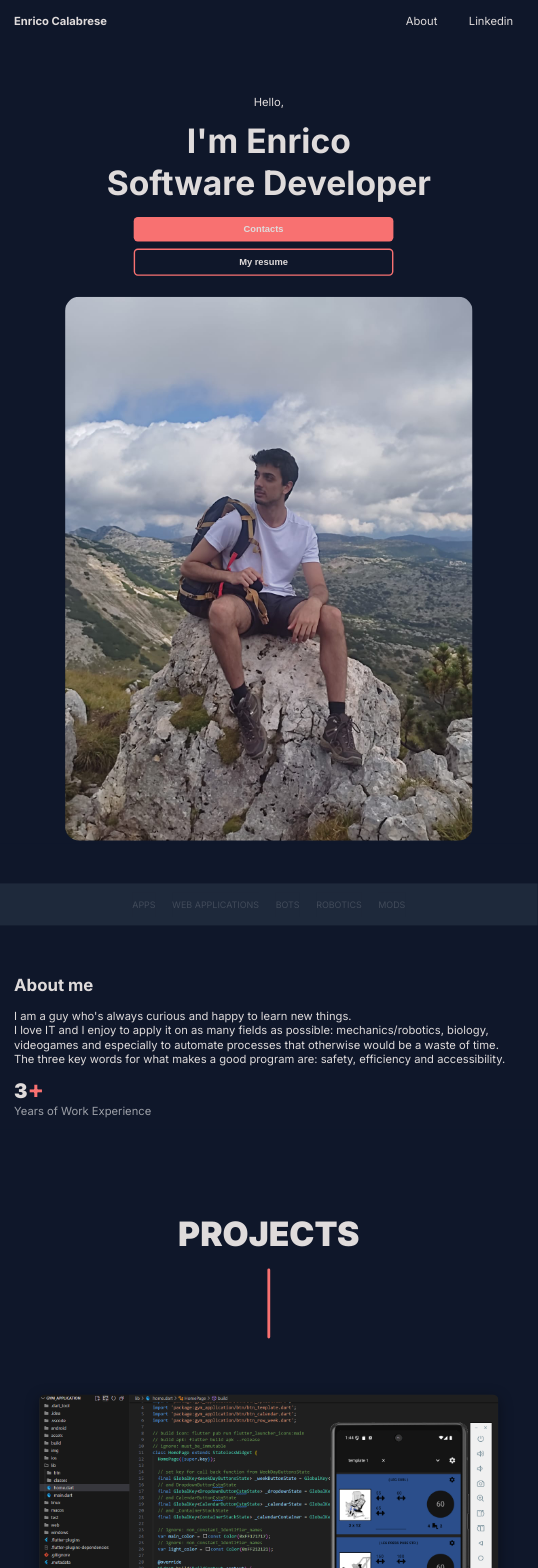
Repository: EnricoCalabrese/EnricoCalabrese.github.io
Page: index.html
The author's editor kept a copy of each file at every save. The page is drawn from the files as they stood at one save, then again after the next save.
The browser window is 768 px wide. The pictures show the part of the page from y = 0 to 2240 px (the page is 6119 px tall before and 6134 px after), at 70% of full size.

Above is the page before, as saved 2025-07-26 09:23:30.

### index.html
<!DOCTYPE html>
<html lang="en">
<!DOCTYPE html>
<html lang="en">
<head>
  <meta charset="UTF-8" />
  <meta name="viewport" content="width=device-width, initial-scale=1.0" />
  <title>EC - Developer portfolio</title>
  <link href="https://fonts.googleapis.com/css2?family=Inter:wght@400;700;900&display=swap" rel="stylesheet">
  <style>
    * {
      box-sizing: border-box;
    }

    :root {
      --color-bg: #0f172a;
      --color-bg-alt: #1e293b;
      --color-primary: #f87171;
      --color-white: #dfdbdb;
      --color-white-transparent: rgba(255, 255, 255, 0.158);
      --color-white-semi: rgba(255, 255, 255, 0.589);

      --font-family: 'Inter', sans-serif;

      --space-xs: 10px;
      --space-sm: 15px;
      --space-md: 20px;
      --space-lg: 60px;
      --space-xl: 80px;

      --font-lg: 1.8rem;
      --font-xl: 3rem;
      --font-xxl: 35px;

      --radius-sm: 6px;
      --radius-md: 8px;
      --radius-lg: 20px;
    }

    body {
      margin: 0;
      font-family: var(--font-family);
      background-color: var(--color-bg);
      color: var(--color-white);
      word-wrap: break-word;
    }

    header, section {
      padding: var(--space-lg) var(--space-md);
      max-width: 1200px;
      margin: auto;
    }

    nav {
      display: flex;
      justify-content: space-between;
      align-items: center;
      padding: var(--space-md);
    }

    nav a {
      color: var(--color-white);
      margin: 0 var(--space-sm);
      text-decoration: none;
    }

    .header {
      display: flex;
      flex-wrap: wrap;
      align-items: center;
      justify-content: space-between;
    }

    .header-text {
      max-width: 500px;
    }

    .header-text h1 {
      font-size: var(--font-xl);
      margin: 0;
    }

    .buttons {
      margin-top: var(--space-md);
    }

    .buttons button {
      margin-right: var(--space-sm);
      padding: var(--space-xs) var(--space-md);
      border: none;
      border-radius: var(--radius-sm);
      cursor: pointer;
      font-weight: bold;
    }

    .btn-primary {
      background-color: var(--color-primary);
      color: var(--color-white);
    }

    .btn-primary:hover {
      color: var(--color-bg);
    }

    .btn-secondary {
      background-color: transparent;
      border: 2px solid var(--color-primary) !important;
      color: var(--color-white);
    }

    .btn-secondary:hover {
      color: var(--color-primary);
    }

    .page {
      display: none;
      position: fixed;
      z-index: 1000;
      left: 0;
      top: 0;
      width: 100%;
      height: 100%;
      overflow: auto;
      background-color: rgba(15, 23, 42, 0.9);
      font-family: var(--font-family);
    }

    .page-content {
      background-color: var(--color-bg-alt);
      margin: 10% auto;
      padding: var(--space-md);
      border-radius: var(--radius-lg);
      max-width: 400px;
      color: var(--color-white);
      box-shadow: 0 5px 20px rgba(0,0,0,0.6);
      text-align: center;
      position: relative;
    }

    .close-btn {
      color: var(--color-white);
      position: absolute;
      right: 15px;
      top: 10px;
      font-size: 28px;
      font-weight: bold;
      cursor: pointer;
    }

    .close-btn:hover {
      color: var(--color-primary);
    }

    .email-wrapper {
      margin-top: var(--space-md);
      display: flex;
      justify-content: center;
      gap: var(--space-xs);
    }

    .email-wrapper input {
      flex: 1;
      padding: var(--space-xs);
      border-radius: var(--radius-sm);
      border: none;
      background-color: var(--color-bg);
      color: var(--color-white);
      font-weight: bold;
      font-size: 1rem;
    }

    .email-wrapper button {
      background-color: var(--color-primary);
      border: none;
      border-radius: var(--radius-sm);
      color: var(--color-bg);
      cursor: pointer;
      font-weight: bold;
      padding: var(--space-xs) var(--space-md);
      transition: background-color 0.3s ease;
    }

    .email-wrapper button:hover {
      background-color: #ef4444;
    }

    .profile-img {
      width: 300px;
      border-radius: var(--radius-lg);
    }

    .skills-wrapper {
      position: relative;
      padding: var(--space-lg) 0;
      background-color: var(--color-bg);
      margin-top: -3.5rem;
    }

    .skills-wrapper::before {
      content: "";
      position: absolute;
      top: 50%;
      width: 100%;
      height: 60px;
      background-color: var(--color-bg-alt);
      transform: translateY(-50%);
      z-index: 0;
    }

    .skills {
      position: relative;
      z-index: 1;
      text-align: center;
    }

    .skills a {
      text-decoration: none;
      color: var(--color-white-transparent);
      background-color: var(--color-bg-alt);
      padding: var(--space-xs) 5%;
      display: inline-block;
      margin: var(--space-xs);
      cursor: pointer;
      transition: color 0.3s ease;
    }

    .skills a:hover, .shortcuts a:hover {
      color: var(--color-primary);
    }

    .about {
      display: flex;
      flex-wrap: wrap;
      justify-content: space-between;
      align-items: center;
      padding: 0 var(--space-md);
      background-color: var(--color-bg);
      margin-top: -1%;
    }

    .about-text {
      flex: 0 0 50%;
      max-width: 600px;
    }

    .stat {
      flex: 0 0 50%;
    }

    .stat-number {
      font-size: var(--font-lg);
      font-weight: 900;
      color: var(--color-white);
      display: flex;
      align-items: baseline;
    }

    .stat-number .plus {
      color: var(--color-primary);
      font-size: var(--font-xxl);
      font-weight: 700;
      line-height: 1;
      margin-top: -2%;
    }

    .stat-text {
      color: var(--color-white-semi);
      margin-top: 2px;
    }

    .projects-section {
      padding: var(--space-xl) var(--space-md);
      text-align: center;
      position: relative;
    }

    .projects-title {
      font-size: var(--font-xl);
      color: var(--color-white);
      margin-bottom: var(--space-md);
      font-weight: 900;
    }

    .vertical-divider {
      width: 4px;
      height: 100px;
      background-color: var(--color-primary);
      margin: 0 auto var(--space-xl);
      border-radius: 2px;
    }

    .project-block {
      display: flex;
      align-items: center;
      justify-content: center;
      margin: var(--space-xl) auto;
      max-width: 900px;
      gap: var(--space-md);
      flex-wrap: wrap;
      flex-direction: row;
    }

    .project-img {
      width: 300px;
      border-radius: var(--radius-md);
      box-shadow: 0 5px 20px rgba(0,0,0,0.4);
    }

    .project-description {
      max-width: 400px;
      text-align: left;
    }

    .project-description h3 {
      font-size: var(--font-lg);
      color: var(--color-white);
      margin: 0 0 var(--space-xs);
    }

    .project-description p {
      color: var(--color-white-semi);
      line-height: 1.6;
    }

    .simple-text {
      line-height: 1.3;
    }

    footer {
      text-align: center;
      padding: var(--space-md);
      background-color: var(--color-bg-alt);
    }

    #image-container {
      display: block;
      position: fixed;
      z-index: 1500;
      left: 0;
      top: 0;
      width: 100%;
      height: 100%;
      background-color: rgba(15, 23, 42, 0.95);
      display: flex;
      justify-content: center;
      align-items: center;
      cursor: zoom-out;
    }

    #image-container .page-content {
      background: none;
      box-shadow: none;
      max-width: 90%;
      max-height: 90%;
      padding: 0;
      position: relative;
      display: flex;
      justify-content: center;
      align-items: center;
    }

    #image-container img {
      max-width: 100%;
      max-height: 100%;
      border-radius: var(--radius-lg);
      pointer-events: none;
    }

    #ref {
      display: block;
      position: relative;
      top: -80px;
      visibility: hidden;
      height: 0;
      width: 0;
      overflow: hidden;
    }

    /* mobile settings */
    @media (max-width: 768px) {
      nav {
        flex-wrap: wrap;
        gap: var(--space-sm);
        justify-content: space-between;
        font-size: ;
      }

      .shortcuts {
        display: flex;
        flex-wrap: wrap;
        gap: var(--space-sm);
        justify-content: flex-end;
      }

      .header {
        flex-direction: column;
        align-items: center;
        text-align: center;
      }

      .header-text {
        max-width: 100%;
      }

      .buttons {
        display: flex;
        flex-direction: column;
        align-items: center;
      }

      .buttons button {
        margin-bottom: var(--space-xs);
        width: 80%;
      }

      .profile-img {
        width: 80%;
        margin-top: var(--space-md);
      }

      .about {
        flex-direction: column;
        align-items: flex-start;
        gap: var(--space-md);
      }

      .about-text, .stat {
        flex: 1 1 100%;
        max-width: 100%;
      }

      .project-block {
        flex-direction: column !important;
        text-align: center;
      }

      .project-description {
        max-width: 100%;
      }

      .project-img {
        width: 90%;
      }

      .email-wrapper {
        flex-direction: column;
        gap: var(--space-xs);
      }

      .email-wrapper input,
      .email-wrapper button {
        width: 100%;
      }

      .skills {
        position: relative;
        z-index: 1;
        text-align: center;
        font-size: 80%;
      }

      .skills a {
        text-decoration: none;
        color: var(--color-white-transparent);
        background-color: var(--color-bg-alt);
        padding: var(--space-xs) 0;
        display: inline-block;
        cursor: pointer;
        transition: color 0.3s ease;
      }
    }
  </style>
</head>
<body>
  <nav>
    <div><strong>Enrico Calabrese</strong></div>
    <div class="shortcuts">
      <a href="#about" class="scroll-link">About</a>
      <a href="https://www.linkedin.com/in/enrico-calabrese-4961b4376/">Linkedin</a>
    </div>
  </nav>

  <header class="header">
    <div class="header-text">
      <p>Hello,</p>
      <h1>I'm Enrico<br><strong>Software Developer</strong></h1>
      <div class="buttons">
        <button class="btn-primary" id="contacts">Contacts</button>
        <button class="btn-secondary" id="myresume">My resume</button>
      </div>
    </div>
    <img src="source/profile.jpg" alt="photo" class="profile-img" onerror="this.style.display='none'">
  </header>

  <div id="contact-page" class="page">
    <div class="page-content">
      <span class="close-btn">&times;</span>
      <h2>Contact Me</h2>
      <p>Email:</p>
      <div class="email-wrapper">
        <input type="text" id="email" readonly value="enricocalabrese21@gmail.com" />
        <button id="copy-email">Copy</button>
      </div>
      <p id="copy-message" style="color: var(--color-primary); display: none;">Copied to clipboard!</p>
    </div>
  </div>

  <div class="skills-wrapper">
    <div class="skills">
      <a href="#app" class="scroll-link">APPS</a>
      <a href="#web" class="scroll-link">WEB APPLICATIONS</a>
      <a href="#bots" class="scroll-link">BOTS</a>
      <a href="#robots" class="scroll-link">ROBOTICS</a>
      <a href="#mods" class="scroll-link">MODS</a>
    </div>
  </div>
  <span id="ref"></span>

  <section id="about" class="about">
    <div class="about-text">
      <h2>About me</h2>
      <p class="simple-text">
        I am a guy who's always curious and happy to learn new things.<br>
        I love IT and I enjoy to apply it on as many fields as possible: mechanics/robotics, biology, videogames and especially to automate processes that otherwise would be a waste of time.<br>
        The three key words for what makes a good program are: safety, efficiency and accessibility.
      </p>
      <div class="stat">
        <div class="stat-number"><span class="plus">+</span></div>
        <p class="stat-text">Years of Work Experience</p>
      </div>
    </div>
  </section>

  <section class="projects-section">
    <h2 class="projects-title">PROJECTS</h2>
    <div class="vertical-divider"></div>

    <div class="project-block">
      <img src="source/project1.png" alt="Project 1" class="project-img" onerror="this.style.display='none'">
      <div class="project-description" id="app">
        <h3>APP MOBILE</h3>
        <p>In my daily life, I train regularly, and I've always had hard time with the apps available on the PlayStore.
          So, I decided to use my knowledge of Dart along with Flutter to develop my own Android app, allowing me to train more easily and comfortably.
            Dart is a programming language developed by Google for Android apps, and it's a valid alternative to C#, which can also be used in Android Studio
            and with which I've had the opportunity to work, for home-made projects, a few times.</p>
      </div>
    </div>
    <div class="vertical-divider"></div>

    <div class="project-block">
      <div class="project-description" id="web">
        <h3>WEB APPLICATIONS</h3>
        <p>The image on the side shows an example of an application I built using HTML, JavaScript, and CSS, all of which I learned on my own.
          It's a Chrome extension that I developed to make and receive API calls in order to compile a specific module directly from the browser on a website.
          It retrieves information from the current web page and uses it to populate the necessary fields for the module.</p>
      </div>
      <img src="source/project2.png" alt="Project 2" class="project-img" onerror="this.style.display='none'">
    </div>
    <div class="vertical-divider"></div>

    <div class="project-block">
      <img src="source/project3.png" alt="Project 3" class="project-img" onerror="this.style.display='none'">
      <div class="project-description" id="bots">
        <h3>PYTHON-BASED BOTS</h3>
        <p>Python is one of the best and most versatile programming languages available today, and it's excellent for creating bots.
          The image on the side shows a Discord bot I created. Discord is a free communication app used to chat and hang out with your favorite creators, communities, and friends.
            The bot I made to allows users, through simple commands in the chat, to play the game "Blood on the Clocktower" with others in a voice channel.
            This game is a more complex version of the famous game Werewolf (Italian: Lupus in Fabula).
            Using Python, I also created a Telegram bot in order to remotely manage a machine that I set up as a hosting server.
        </p>
      </div>
    </div>
    <div class="vertical-divider"></div>

    <div class="project-block">
      <div class="project-description" id="robots">
        <h3>ROBOTICS & AUTOMATION</h3>
        <p>Since high school, I've always had an interest in automation, and I find it super fun to animate robots and apply computer science to something that can moves.
          A few years ago, I took on the challenge of building a drone from scratch and programming it in C++. I developed calculation functions which, thanks to the input from various sensors,
          were able to determine the necessary speed for each individual motor to stabilize the drone through the appropriate output signals.
        </p>
      </div>
      <img src="source/project4.png" alt="Project 4" class="project-img" onerror="this.style.display='none'">
    </div>
    <div class="vertical-divider"></div>

    <div class="project-block">
      <img src="source/project5.png" alt="Project 5" class="project-img" onerror="this.style.display='none'">
      <div class="project-description" id="mods">
        <h3>VIDEOGAMES MODS</h3>
        <p>Programming a video game mod is a great way to develop both technical and creative skills. It allows you to improve your coding abilities, and understand the architecture of complex systems.
            Modding combines passion and practice, which is why I started programming, first with Java and later with .mcfunction, to create mods and datapacks for the game Minecraft.
        </p>
      </div>
    </div>
  </section>

  <div id="image-container" class="page">
    <div class="page-content">
      <img id="zoomed-img" src="" alt="zoomed" />
    </div>
  </div>

  <footer>
  </footer>

  <script>
    // manage image zoom
    const zoomed = document.getElementById('image-container');
    document.querySelectorAll('.project-img').forEach(img => {
      img.addEventListener('click', () => {
        document.getElementById('zoomed-img').src = img.src;
        zoomed.style.display = 'flex';
      });
    });

    zoomed.addEventListener('click', (e) => { // on click out of the page
      if (e.target === zoomed) {
        zoomed.style.display = 'none';
      }
    });

    window.onload = () => {
      zoomed.style.display = 'none';
    };

    // manage new window contacts
    const page = document.getElementById('contact-page');
    const emailInput = document.getElementById('email');
    const copyMessage = document.getElementById('copy-message');

    document.getElementById('contacts').addEventListener('click', () => {
      page.style.display = 'block';
      copyMessage.style.display = 'none';
    });

    page.querySelector('.close-btn').addEventListener('click', () => {
      page.style.display = 'none';
    });

    window.addEventListener('click', (e) => { // on click out of the page
      if (e.target === page) {
        page.style.display = 'none';
      }
    });

    document.getElementById('copy-email').addEventListener('click', () => {
      emailInput.select();
      emailInput.setSelectionRange(0, 99999);
      try {
        // use document.execCommand for broader browser support in iFrames
        const successful = document.execCommand('copy');
        if (successful) {
          copyMessage.style.display = 'block';
          setTimeout(() => copyMessage.style.display = 'none', 2000);
        }
      } catch (err) {
        console.error('Failed to copy email: ', err);
      }
    });

    // auto scroll the page to the top when open
    window.onbeforeunload = function () {
      window.scrollTo(0, 0);
    };

    // scroll page on center when click a link, normal href set the page on top
    document.querySelectorAll('.scroll-link').forEach(link => {
      link.addEventListener('click', function(e) {
        e.preventDefault();
        const targetId = this.getAttribute('href').substring(1);
        const targetElem = document.getElementById(targetId);
        if (targetElem) {
          const elemRect = targetElem.getBoundingClientRect();
          const maxElemTop = window.pageYOffset + elemRect.top;
          const middle = maxElemTop - (window.innerHeight / 2) + (elemRect.height / 2);

          window.scrollTo({
            top: middle,
            behavior: 'smooth'
          });
        }
      });
    });

    // setup experience years based on current year
    const statNum = document.querySelector('.stat-number');
    if (statNum) {
      const startDate = new Date('2021-09-27');
      const now = new Date();
      const diffYears = (now - startDate) / (1000 * 60 * 60 * 24 * 365.25);
      const roundedYears = Math.floor(diffYears);
      statNum.innerHTML = `${roundedYears}<span class="plus">+</span>`;
    }

    // link to resume when click "my resume" button
    document.getElementById('myresume').addEventListener('click', function () {
      const link = document.createElement('a');
      link.href = 'source/resume.pdf';
      link.download = 'Enrico-Calabrese-Resume.pdf';
      document.body.appendChild(link);
      link.click();
      document.body.removeChild(link);
    });
  </script>
</body>
</html>

After the next save:
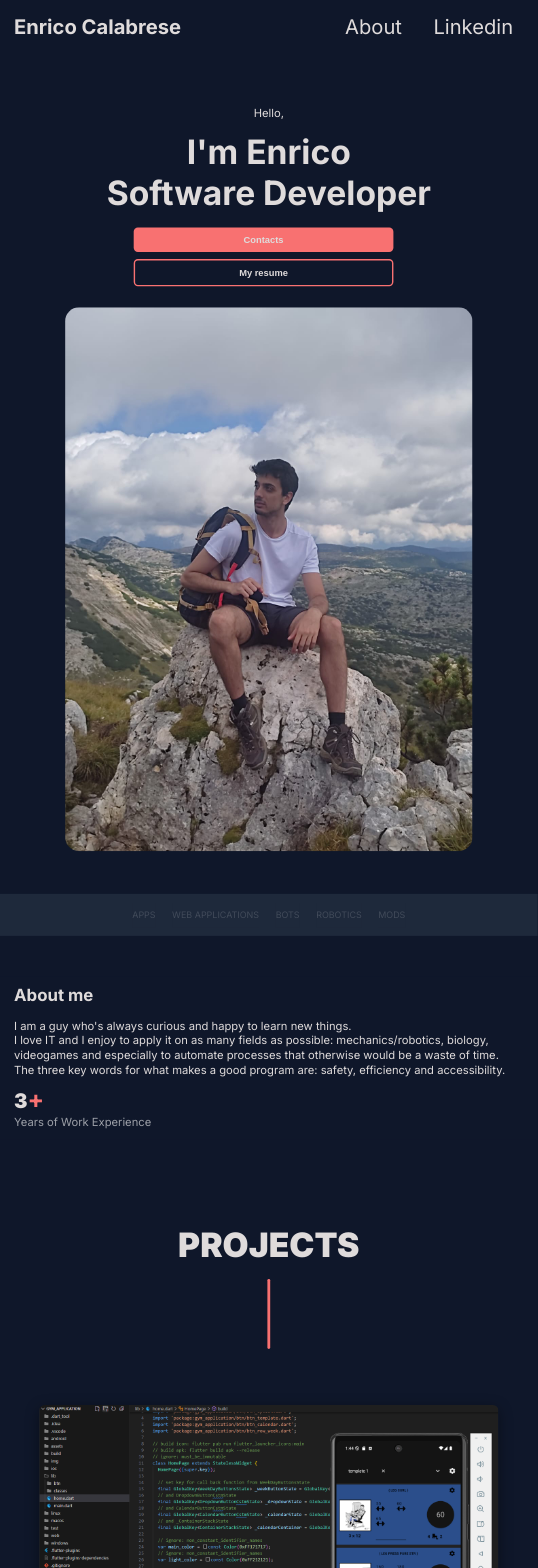
Saved 21 s later.
--- a/index.html
+++ b/index.html
@@ -382,7 +382,7 @@
         flex-wrap: wrap;
         gap: var(--space-sm);
         justify-content: space-between;
-        font-size: ;
+        font-size: var(--font-lg);
       }
 
       .shortcuts {
